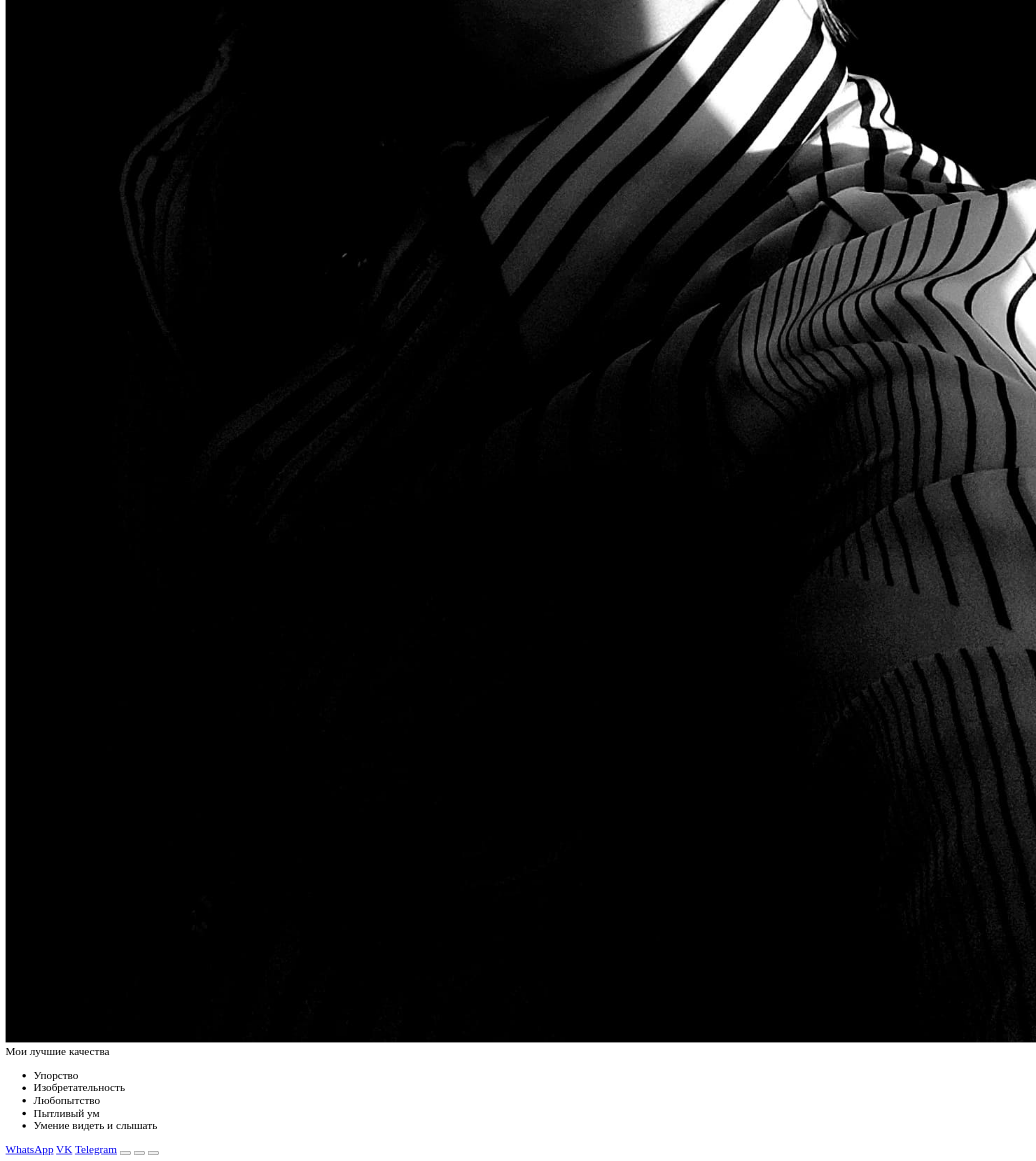
Repository: JonniRed/urban
Page: task1/index.html
The author's editor kept a copy of each file at every save. The page is drawn from the files as they stood at one save, then again after the next save.
The browser window is 1280 px wide. The page is 1480 px wide, so the pictures cover 1480 px, including what lies to the right of the window. The pictures show the part of the page from y = 1783 to 3463 px (the page is 3442 px tall before and 3463 px after), at 70% of full size.

Above is the page before, as saved 2024-09-10 10:33:11.

After the next save:
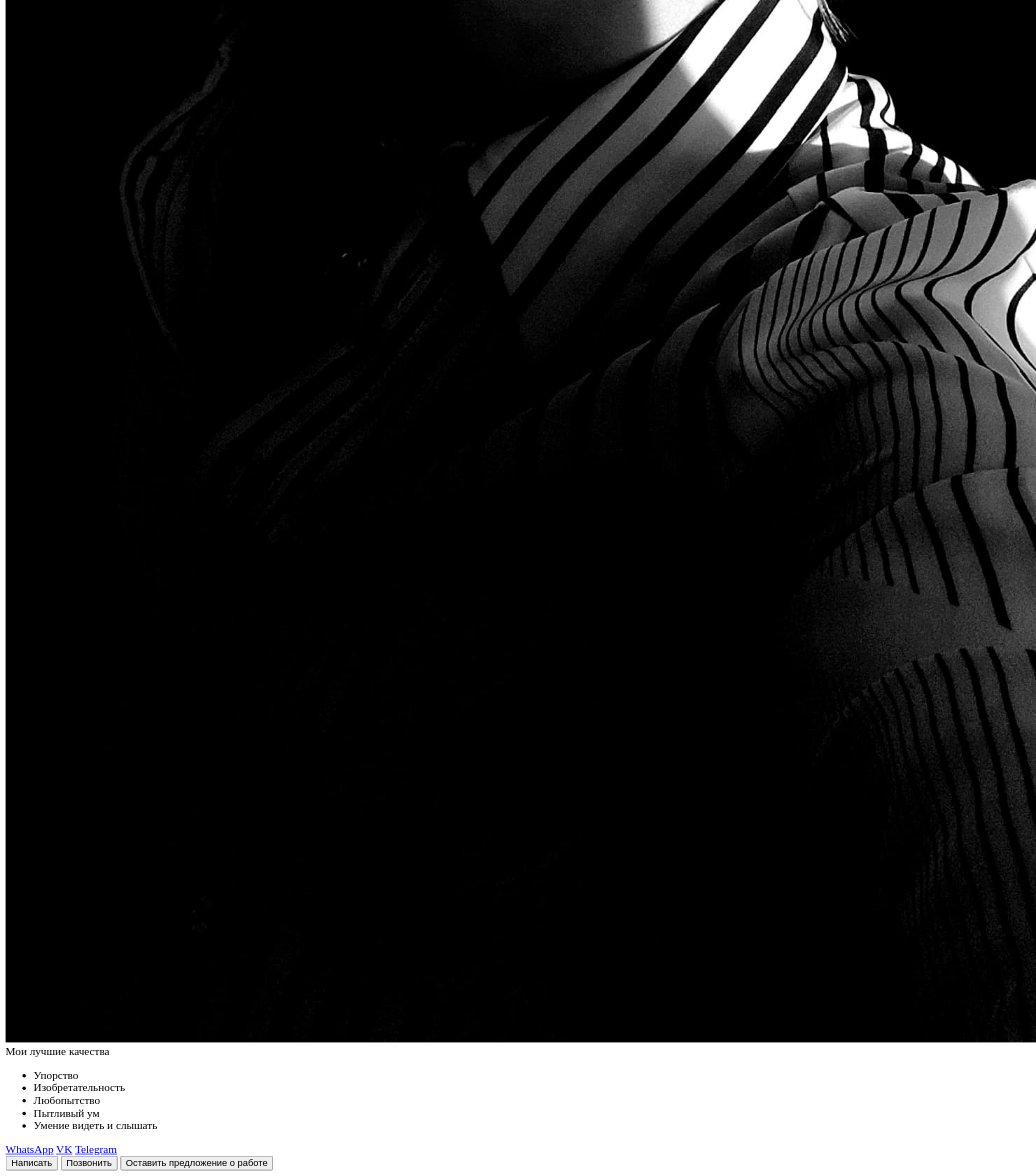
Saved 3 min 11 s later.
--- a/task1/index.html
+++ b/task1/index.html
@@ -25,9 +25,12 @@
     <a href="https://api.whatsapp.com/send?phone=79312887457">WhatsApp</a>
     <a href="https://vk.com/jonni_red">VK</a>
     <a href="https://t.me/jonni_red">Telegram</a>
-    <button></button>
-    <button></button>
-    <button></button>
+    <div>
+      <button>Написать</button>
+      <button>Позвонить</button>
+      <button>Оставить предложение о работе</button>
+    </div>
+
   </div>
 </body>
 
